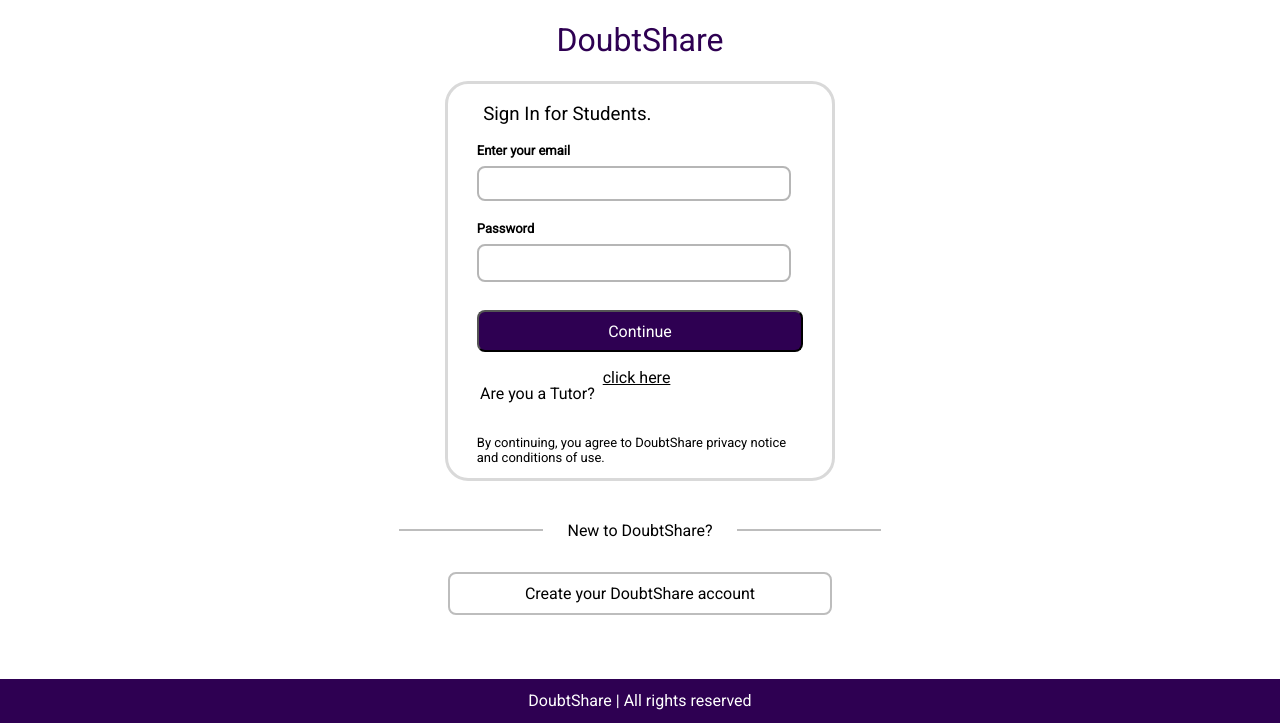
Repository: drumsmanku/task-manager
Page: /login (app in client/)
The author's editor kept a copy of each file at every save. The page is drawn from the files as they stood at one save, then again after the next save.
The browser window is 1280 px wide. The pictures show the whole page.
The project was rebuilt for these pictures with package versions that can differ from the ones it lists, and the page was loaded fresh each time. Also part of the build but not shown: client/src/App.css, client/src/Components/AddTaskPopUp/AddTaskPopUp.jsx, client/src/Components/MainPage/MainPage.jsx, client/src/Components/Register/Register.jsx.

Above is the page before, as saved 2024-01-25 21:42:21.

After the next save:
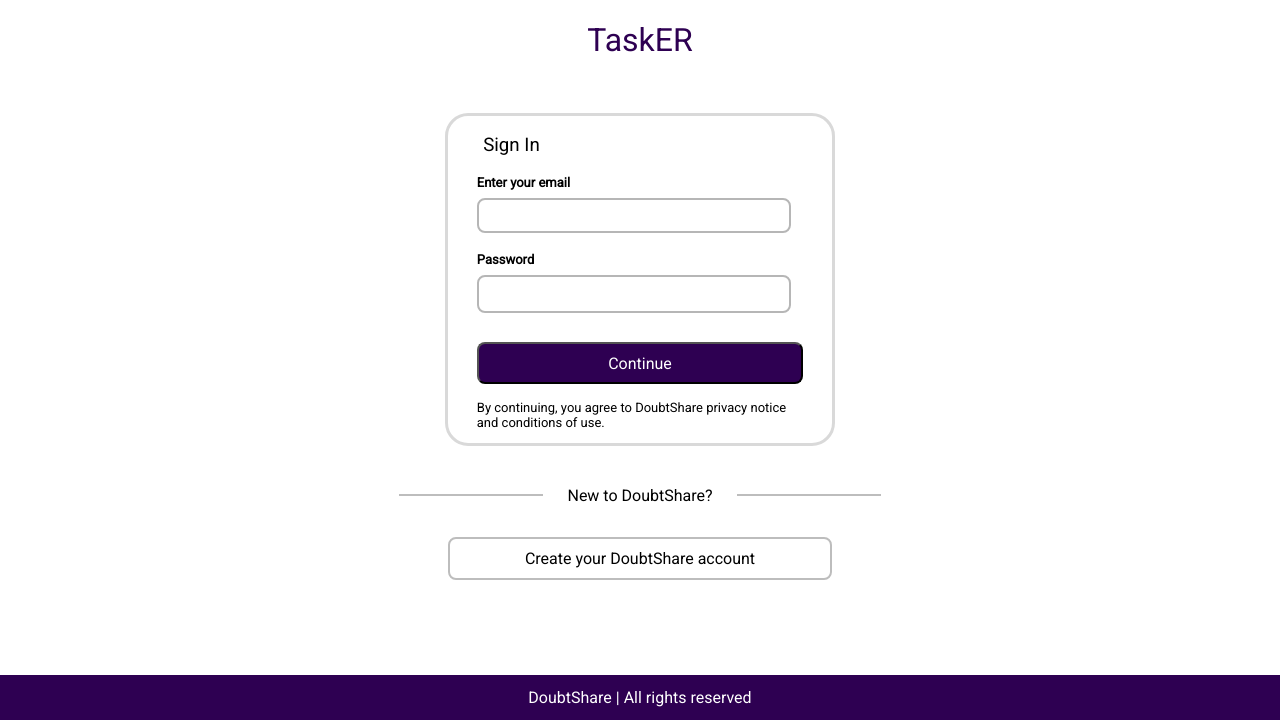
Saved 45 s later.
--- a/client/src/Components/Login/Login.jsx
+++ b/client/src/Components/Login/Login.jsx
@@ -53,14 +53,14 @@ function Login() {
   return (
     <div className={styles.container}>
       <div className={styles.heading}>
-        <h1 style={{fontWeight:'500'}}>DoubtShare</h1>
+        <h1 style={{fontWeight:'500'}}>TaskER</h1>
       </div>
       <h1 className={styles.welcomeText} >Welcome</h1>
       <div className={styles.mainBody}>
         <form className={styles.form}>
 
           <div className={styles.inputContainer}>
-            <h3 className={styles.signInText}>Sign In for Students.</h3>
+            <h3 className={styles.signInText}>Sign In </h3>
 
 
             <div style={DivStyles}>
@@ -83,10 +83,7 @@ function Login() {
             <button className={styles.buttonStyles} type="submit" style={{ cursor:'pointer'}} onClick={login}>Continue</button>
           </div>
 
-          <div style={{width:'100%', display:'flex', paddingTop:'1rem', paddingLeft:'2rem'}}>
-             <p>Are you a Tutor?</p>
-             <u style={{ cursor:'pointer', marginLeft:'0.5rem'}} onClick={()=>{navigate('/login/tutor')}}>click here</u>
-          </div>
+
 
 
           <div style={{width:'100%', display:'flex', justifyContent:'center', marginTop:'1rem'}}>
